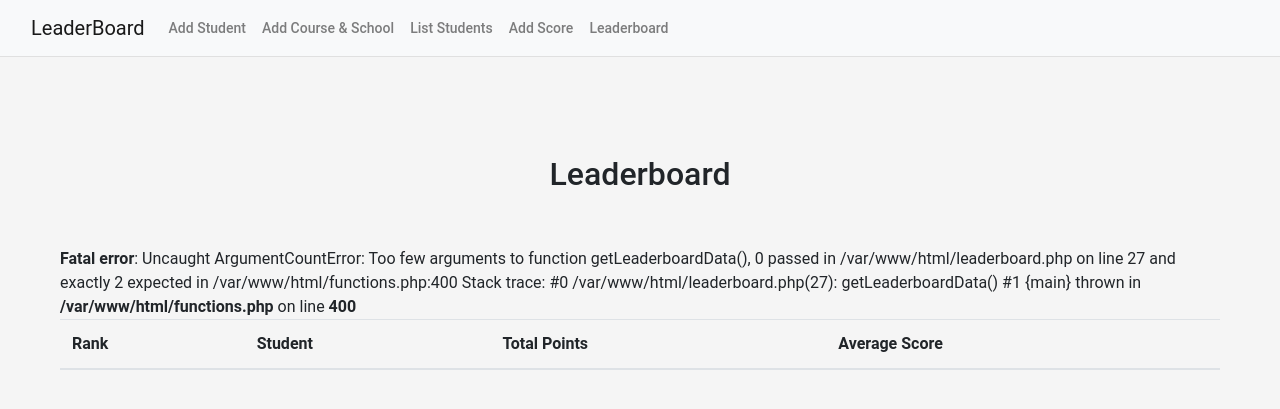
Repository: bigbodhiacademy/gBoard
Page: http://localhost/leaderboard.php?page=0
These files come from the project's save history. The page is drawn as it stood at one moment and after the next save; the edit follows.
The browser window is 1280 px wide. The pictures show the whole page.
The page is run by PHP 8.4 with error messages shown; the project is at /var/www/html/. The database holds what the project's SQL file puts in it.

Above is the page before, as saved 2023-04-21 21:55:09.
Not found: scripts.js

After the next save:
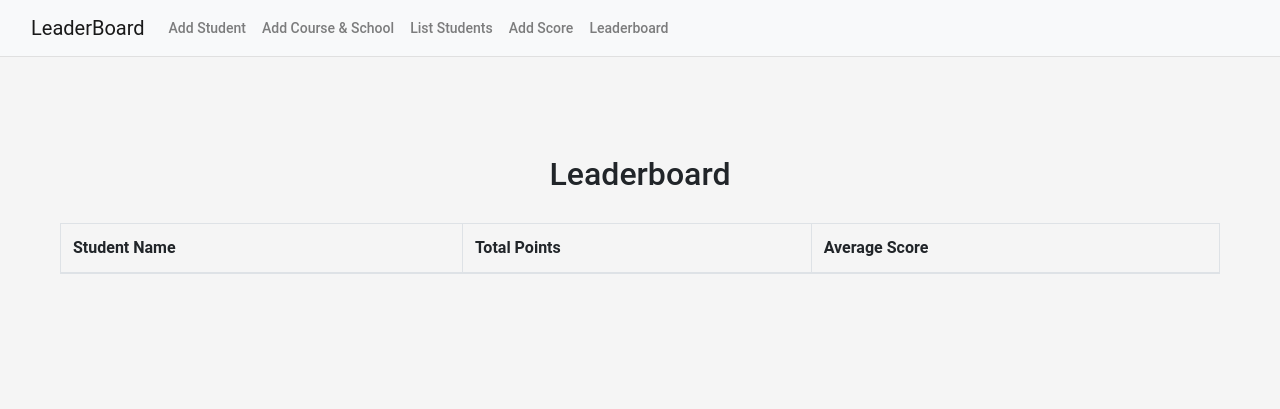
Saved 77 s later.
--- a/leaderboard.php
+++ b/leaderboard.php
@@ -9,36 +9,28 @@
 <?php include 'header.php'; ?>
 
 
-<div class="container">
-<h2 class="text-center mt-5">Leaderboard</h2>
-
-<table class="table">
-  <thead>
-    <tr>
-      <th>Rank</th>
-      <th>Student</th>
-      <th>Total Points</th>
-      <th>Average Score</th>
-    </tr>
-  </thead>
-  <tbody>
-    <?php
-    //updateLeaderboard();
-    $leaderboardData = getLeaderboardData();
-    $rank = 0;
-
-    while ($row = $leaderboardData->fetch_assoc()) {
-      $rank++;
-      echo "<tr>";
-      echo "<td>{$rank}</td>";
-      echo "<td>{$row['name']}</td>";
-      echo "<td>{$row['total_points']}</td>";
-      echo "<td>{$row['average_score']}</td>";
-      echo "</tr>";
-    }
-    ?>
-  </tbody>
-</table>
-</div>
+<div class="container mt-5">
+    <h2 class="text-center">Leaderboard</h2>
+    <table class="table table-bordered">
+        <thead>
+            <tr>
+                <th>Student Name</th>
+                <th>Total Points</th>
+                <th>Average Score</th>
+            </tr>
+        </thead>
+        <tbody>
+            <?php
+                $leaderboardData = getLeaderboardData($offset, $limit);
+                while ($row = $leaderboardData->fetch_assoc()) {
+                    echo "<tr>";
+                    echo "<td>{$row['name']}</td>";
+                    echo "<td>{$row['total_points']}</td>";
+                    echo "<td>{$row['average_score']}</td>";
+                    echo "</tr>";
+                }
+            ?>
+        </tbody>
+    </table>
 
 <?php include 'footer.php'; ?>
